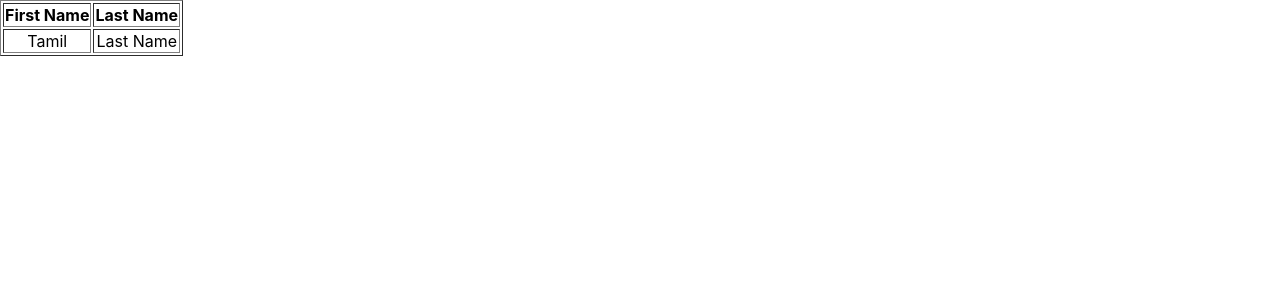
Repository: Green-Technologies-Angular/React-js
Page: /
These files come from the project's save history. The page is drawn as it stood at one moment and after the next save; the edit follows.
The browser window is 1280 px wide. The pictures show the whole page.
The project was rebuilt for these pictures with package versions that can differ from the ones it lists, and the page was loaded fresh each time.

Above is the page before, as saved 2019-03-18 09:53:39.

### public/index.html
<!DOCTYPE html>
<html lang="en">
  <head>
    <meta charset="utf-8" />
    <link rel="shortcut icon" href="%PUBLIC_URL%/favicon.ico" />
    <meta
      name="viewport"
      content="width=device-width, initial-scale=1, shrink-to-fit=no"
    />
    <meta name="theme-color" content="#000000" />
    <!--
      manifest.json provides metadata used when your web app is installed on a
      user's mobile device or desktop. See https://developers.google.com/web/fundamentals/web-app-manifest/
    -->
    <link rel="manifest" href="%PUBLIC_URL%/manifest.json" />
    <!--
      Notice the use of %PUBLIC_URL% in the tags above.
      It will be replaced with the URL of the `public` folder during the build.
      Only files inside the `public` folder can be referenced from the HTML.

      Unlike "/favicon.ico" or "favicon.ico", "%PUBLIC_URL%/favicon.ico" will
      work correctly both with client-side routing and a non-root public URL.
      Learn how to configure a non-root public URL by running `npm run build`.
    -->
    <title>React App</title>
  </head>
  <body>
    <noscript>You need to enable JavaScript to run this app.</noscript>
    <div id="root">

    </div>
    <!--
      This HTML file is a template.
      If you open it directly in the browser, you will see an empty page.

      You can add webfonts, meta tags, or analytics to this file.
      The build step will place the bundled scripts into the <body> tag.

      To begin the development, run `npm start` or `yarn start`.
      To create a production bundle, use `npm run build` or `yarn build`.
    -->
  </body>
</html>

### src/App.js
import React, { Component } from 'react';
import logo from './logo.svg';
import './App.css';

class App extends Component {
  constructor(props){
    super(props);
    this.state = {
      firstName : "Tamil",
      lastName : "Mani"
    }
  }
  render() {
    return (
      <div className="App">
        <table border="1">
          <thead>
            <tr>
              <th>
                First Name
              </th>
              <th>
                Last Name
              </th>
            </tr>
          </thead>
          <tbody>
            <tr>
              <td>
                {this.state.firstName}
              </td>
              <td>
                Last Name
              </td>
            </tr>
          </tbody>
        </table>
      </div>
    );
  }
}

export default App;

Loaded but not shown: src/index.js (common file); src/index.css (common file); src/serviceWorker.js (common file); src/App.css (common file)

After the next save:
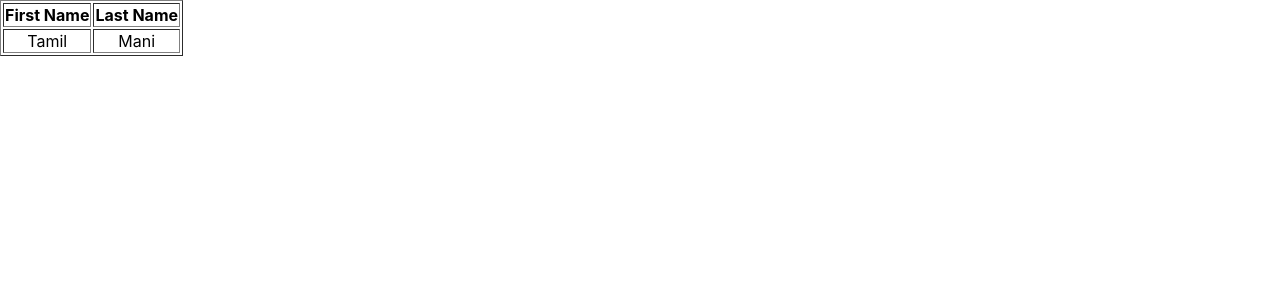
Saved 13 s later.
--- a/src/App.js
+++ b/src/App.js
@@ -30,7 +30,7 @@ class App extends Component {
                 {this.state.firstName}
               </td>
               <td>
-                Last Name
+                {this.state.lastName}
               </td>
             </tr>
           </tbody>
